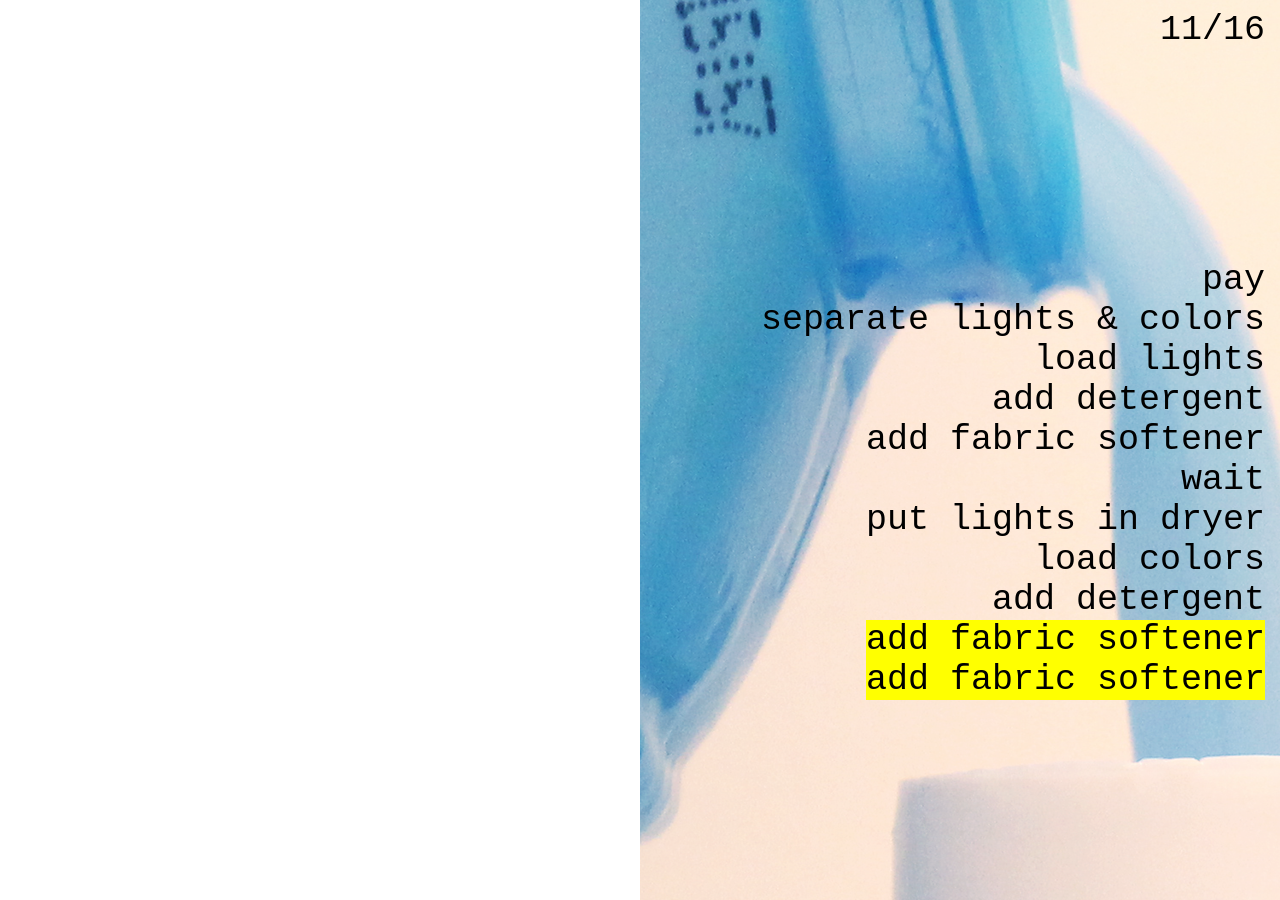
Repository: ortik455/ortik455.github.io
Page: studio/laundrysite/eleven.html
The author's editor kept a record of every edit. The page is drawn from the files as they stood at one moment, then again after the next edit.
The browser window is 1280 px wide. The pictures show the whole page.

Above is the page before.

After the next edit:
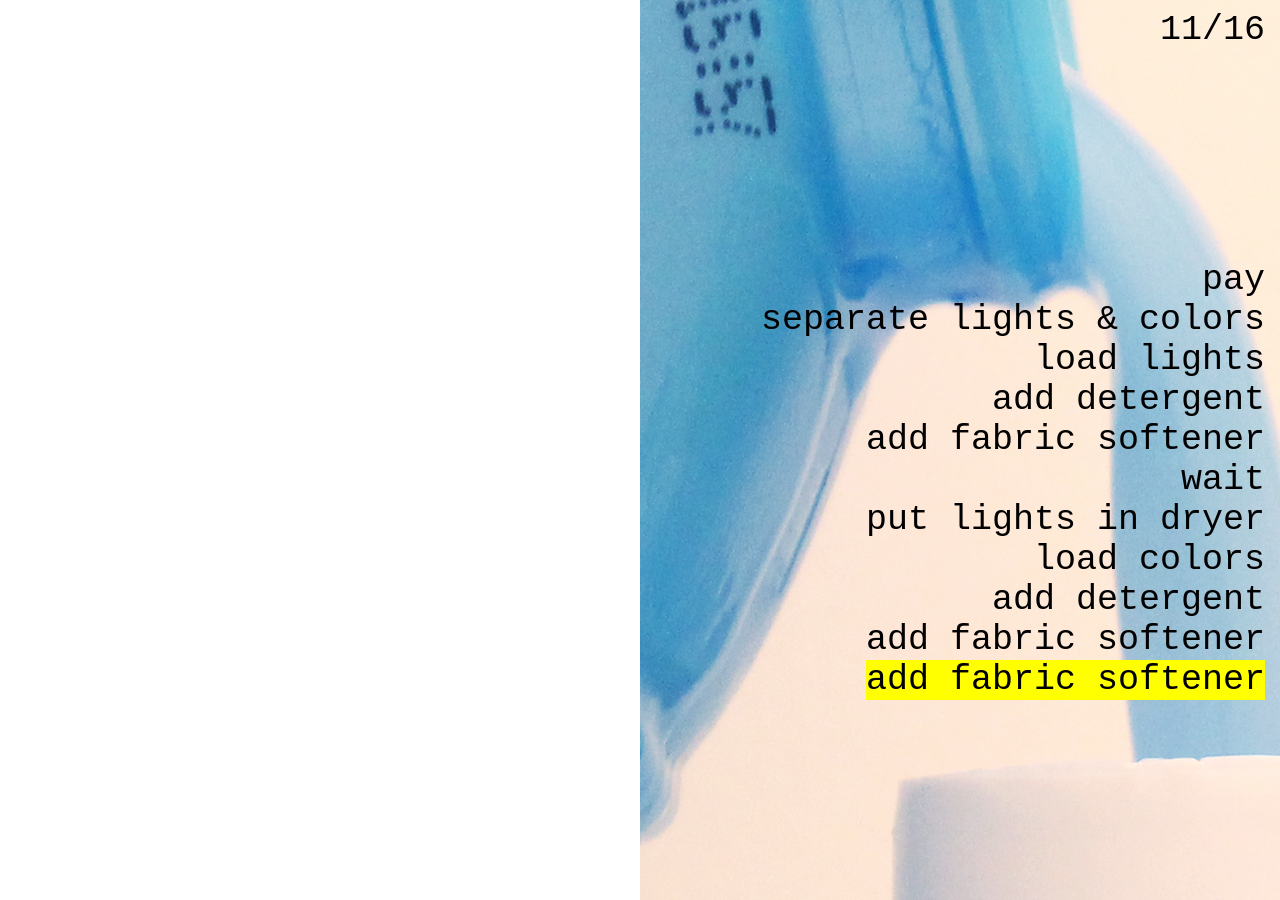
The edit:
--- a/studio/laundrysite/eleven.html
+++ b/studio/laundrysite/eleven.html
@@ -33,7 +33,7 @@
 		  	<br>
 		  	add detergent
 		  	<br>
-		  	<mark>add fabric softener</mark>
+		  	add fabric softener
 		  	<br>
 		  	<mark>add fabric softener</mark>
 		</div>
